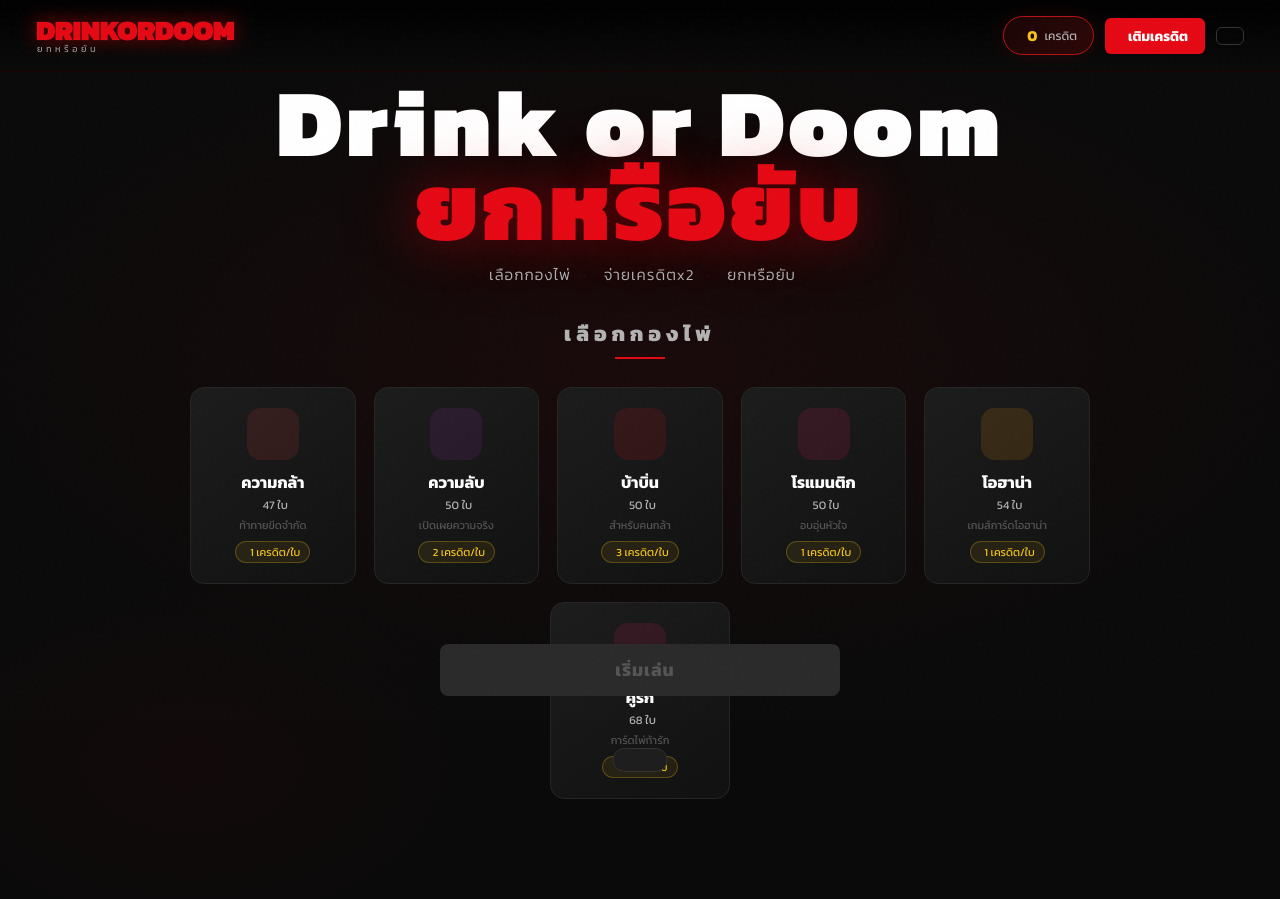
Repository: nuthiokhaw99/Drink-or-Doom.github.io
Page: index.html
An editor plug-in stored every save of this project. The page is shown before and after the next save, followed by the edit.
The browser window is 1280 px wide. The pictures show the whole page.
Some icons come from a web library that is not loaded, so they are not drawn.

Above is the page before, as saved 2026-03-25 00:51:47.

After the next save:
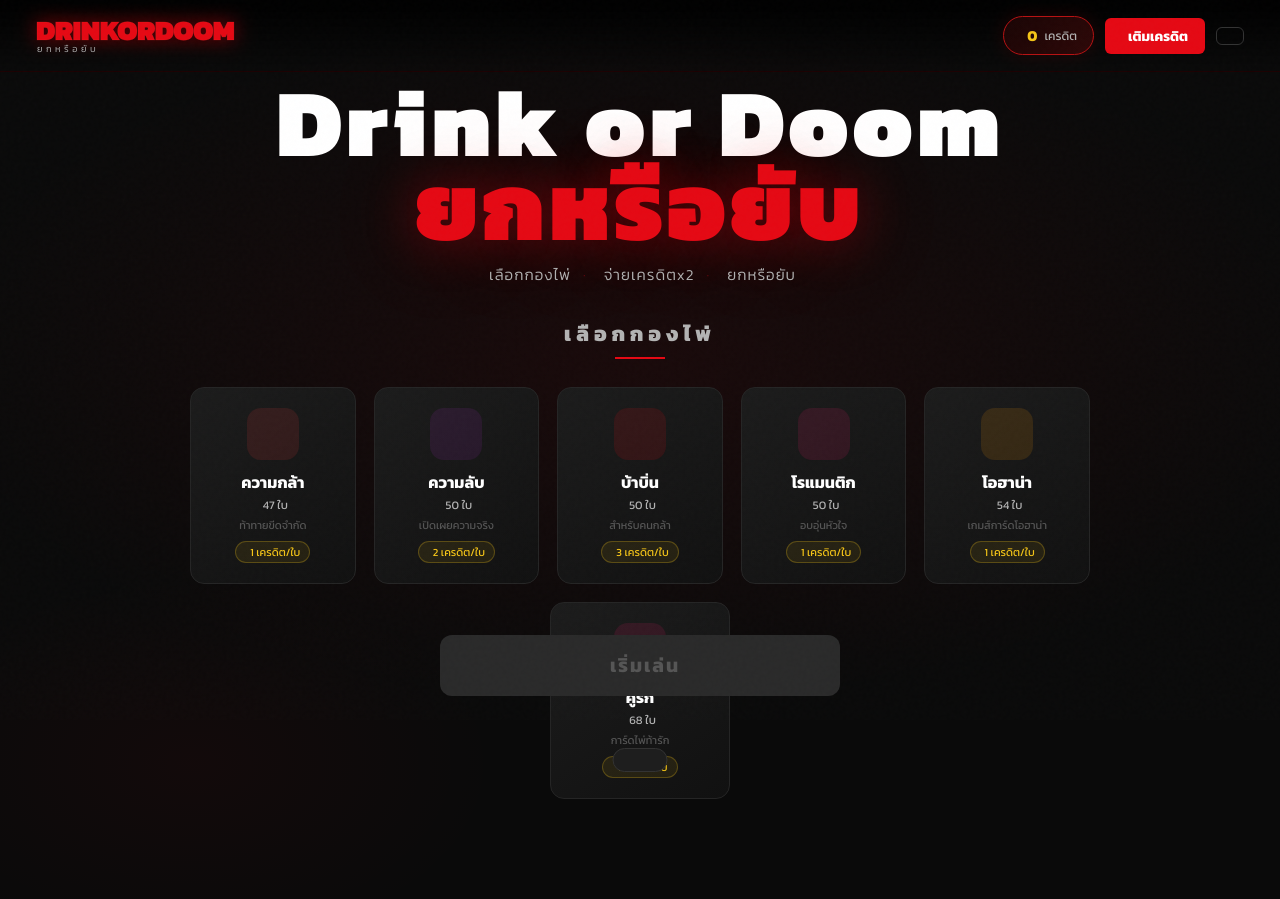
Saved 31 s later.
--- a/css/main.css
+++ b/css/main.css
@@ -220,6 +220,12 @@
   box-shadow: 0 4px 28px var(--glow);
   display: flex; align-items: center; justify-content: center; gap: 10px;
 
+  border-radius: 12px;
+  font-size: 1.2rem;
+  padding: 16px 44px;
+  bottom: 20px;
+  letter-spacing: 2px;
+
   width: calc(100vw - 48px);
   max-width: 400px;
   bottom: 24px;
